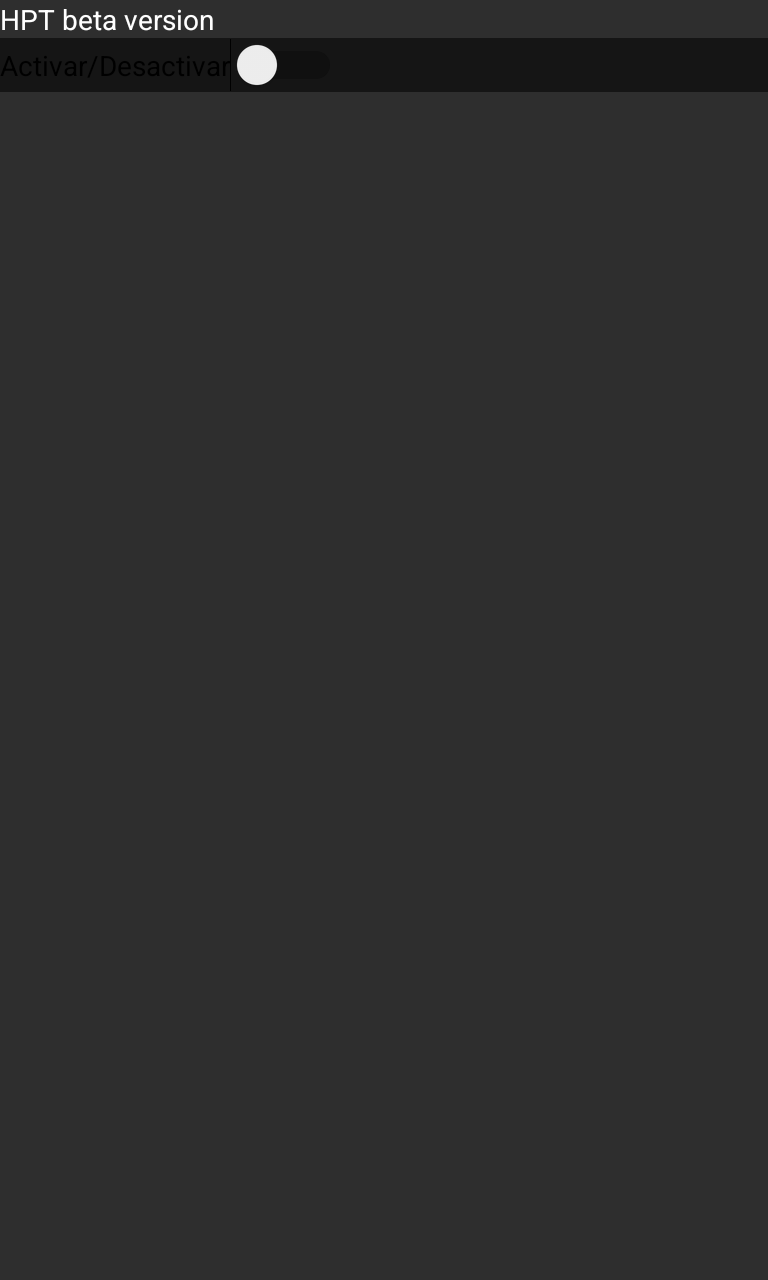
Repository: aludena18/android_apps
Layout: HunterPersonalTrack/res/layout/activity_main.xml
These files come from the project's save history. The layout is drawn as it stood at one moment and after the next save; the edit follows.
It is drawn on a 768 x 1280 px phone screen (xhdpi) without system bars, with theme AppTheme; the app's code is not run.

Above is the layout before, as saved 2015-10-14 20:14:49.

### HunterPersonalTrack/res/layout/activity_main.xml
<LinearLayout xmlns:android="http://schemas.android.com/apk/res/android"
    xmlns:tools="http://schemas.android.com/tools"
    android:layout_width="match_parent"
    android:layout_height="match_parent"
    android:orientation="vertical"
    android:background="#2E2E2E"
    tools:context="com.alg.hunterpersonaltrack.MainActivity" >

    <TextView
        android:layout_width="wrap_content"
        android:layout_height="wrap_content"
        android:textColor="#FFFFFF"
        android:text="@string/hello_world" />

    <LinearLayout
        android:layout_width="match_parent"
        android:layout_height="wrap_content"
        android:background="#151515">

        <Switch
	        android:id="@+id/swtOnOff"
    	    android:layout_width="wrap_content"
        	android:layout_height="wrap_content"
        	android:text="@string/etqSwtOnOff" />

    </LinearLayout>


</LinearLayout>

### HunterPersonalTrack/res/values/strings.xml
<?xml version="1.0" encoding="utf-8"?>
<resources>

    <string name="app_name">Hunter Personal Track</string>
    <string name="hello_world">HPT beta version</string>
    <string name="action_settings">Settings</string>

    <string name="etqSwtOnOff">Activar/Desactivar</string>

</resources>

Loaded but not shown: HunterPersonalTrack/res/values/styles.xml (common file); HunterPersonalTrack/res/values-v11/styles.xml (common file); HunterPersonalTrack/res/values-v14/styles.xml (common file)

After the next save:
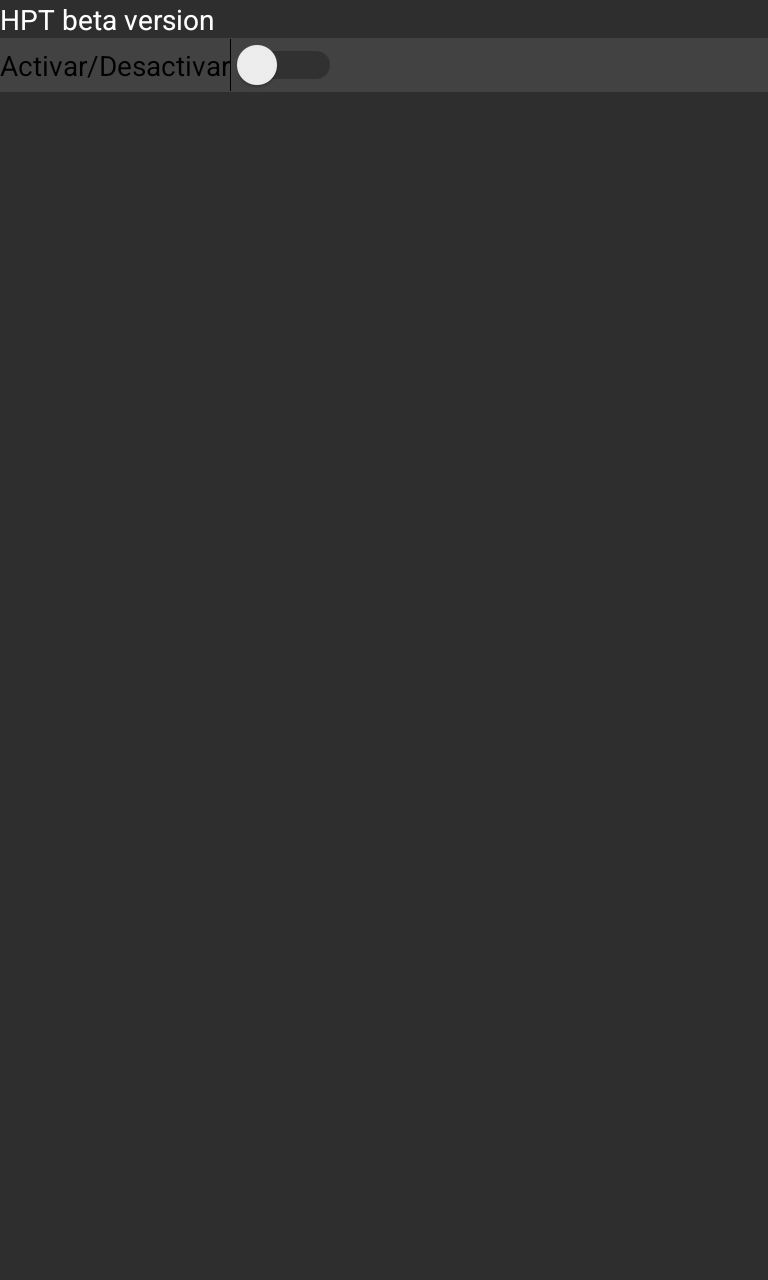
Saved 30 s later.
--- a/HunterPersonalTrack/res/layout/activity_main.xml
+++ b/HunterPersonalTrack/res/layout/activity_main.xml
@@ -15,7 +15,7 @@
     <LinearLayout
         android:layout_width="match_parent"
         android:layout_height="wrap_content"
-        android:background="#151515">
+        android:background="#424242">
 
         <Switch
 	        android:id="@+id/swtOnOff"
